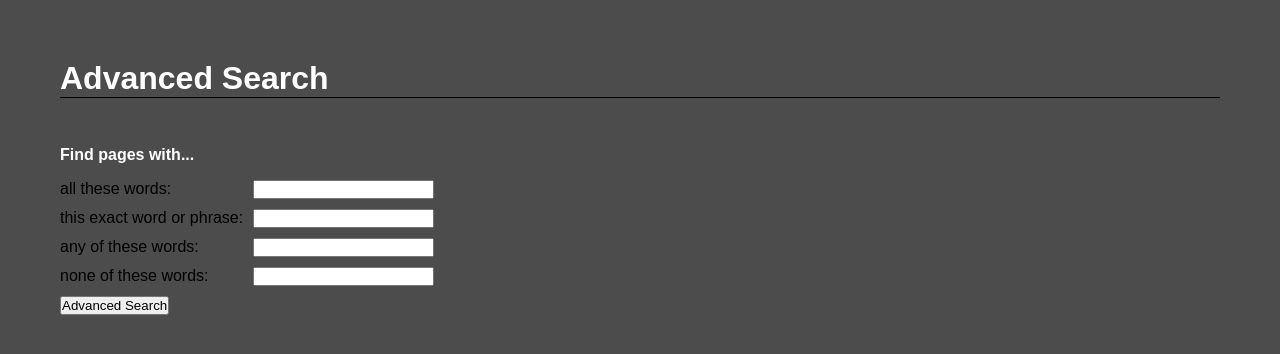
Repository: etentuk/search
Page: advanced_search.html
These files come from the project's save history. The page is drawn as it stood at one moment and after the next save; the edit follows.
The browser window is 1280 px wide. The pictures show the whole page.

Above is the page before, as saved 2021-11-04 23:11:47.

### advanced_search.html
<!DOCTYPE html>
<html lang="en">

<head>
    <title>Advanced Search</title>
    <link rel="stylesheet" href="styles.css">
</head>

<body>

    <div id="container">
        <div id="title">
            <h1>Advanced Search</h1>
        </div>
        <h4>Find pages with...</h4>
        <form action="https://google.com/search" class="form-example">
            <div style="display: table-row;">
                <div class="form-example">
                    <label for="as_q">all these words: </label>
                    <input type="text" id="as_q" name="as_q">
                </div>
                <div class="form-example">
                    <label for="as_epq">this exact word or phrase: </label>
                    <input type="text" id="as_epq" name="as_epq">
                </div>
                <div class="form-example">
                    <label for="as_oq">any of these words: </label>
                    <input type="text" id="as_oq" name="as_oq">
                </div>
                <div class="form-example">
                    <label for="as_eq">none of these words: </label>
                    <input type="text" id="as_eq" name="as_eq">
                </div>
            </div>
            <input type="submit" value="Advanced Search">
        </form>
    </div>
</body>

</html>

### styles.css
* {
  margin: 0;
  padding: 0;
  box-sizing: border-box;
}

form.form-example {
  display: table;
}

div.form-example {
  display: table-row;
}

label,
input {
  display: table-cell;
  margin-bottom: 10px;
}

label {
  padding-right: 10px;
}

#title {
  border-bottom: 1px solid black;
  color: #fff;
  /* border-width: 10px; */
}

#container {
  font-family: Arial, Helvetica, sans-serif;
  background-color: rgba(0, 0, 0, 0.7);
  min-height: 100vh;
  padding: 60px;
}

#container h4 {
  padding: 3rem 0 1rem 0;
  color: #fff;
}

After the next save:
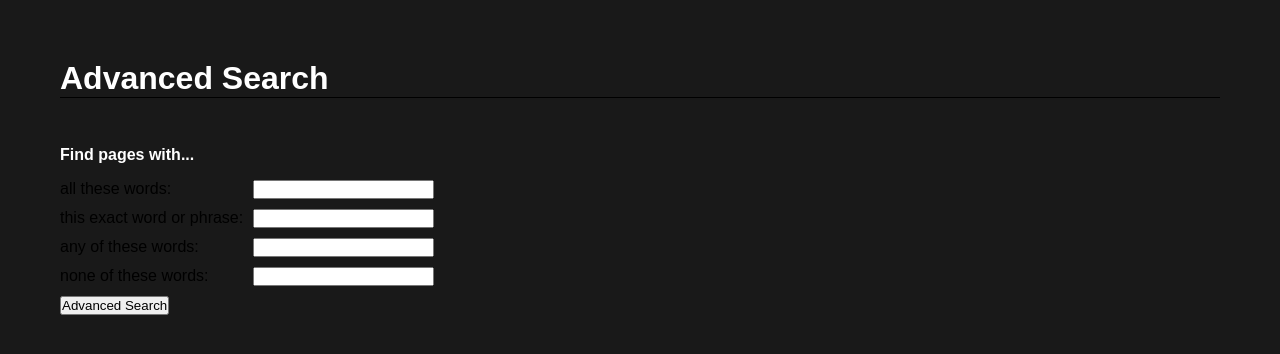
Saved 25 s later.
--- a/styles.css
+++ b/styles.css
@@ -30,7 +30,7 @@ label {
 
 #container {
   font-family: Arial, Helvetica, sans-serif;
-  background-color: rgba(0, 0, 0, 0.7);
+  background-color: rgba(0, 0, 0, 0.9);
   min-height: 100vh;
   padding: 60px;
 }
